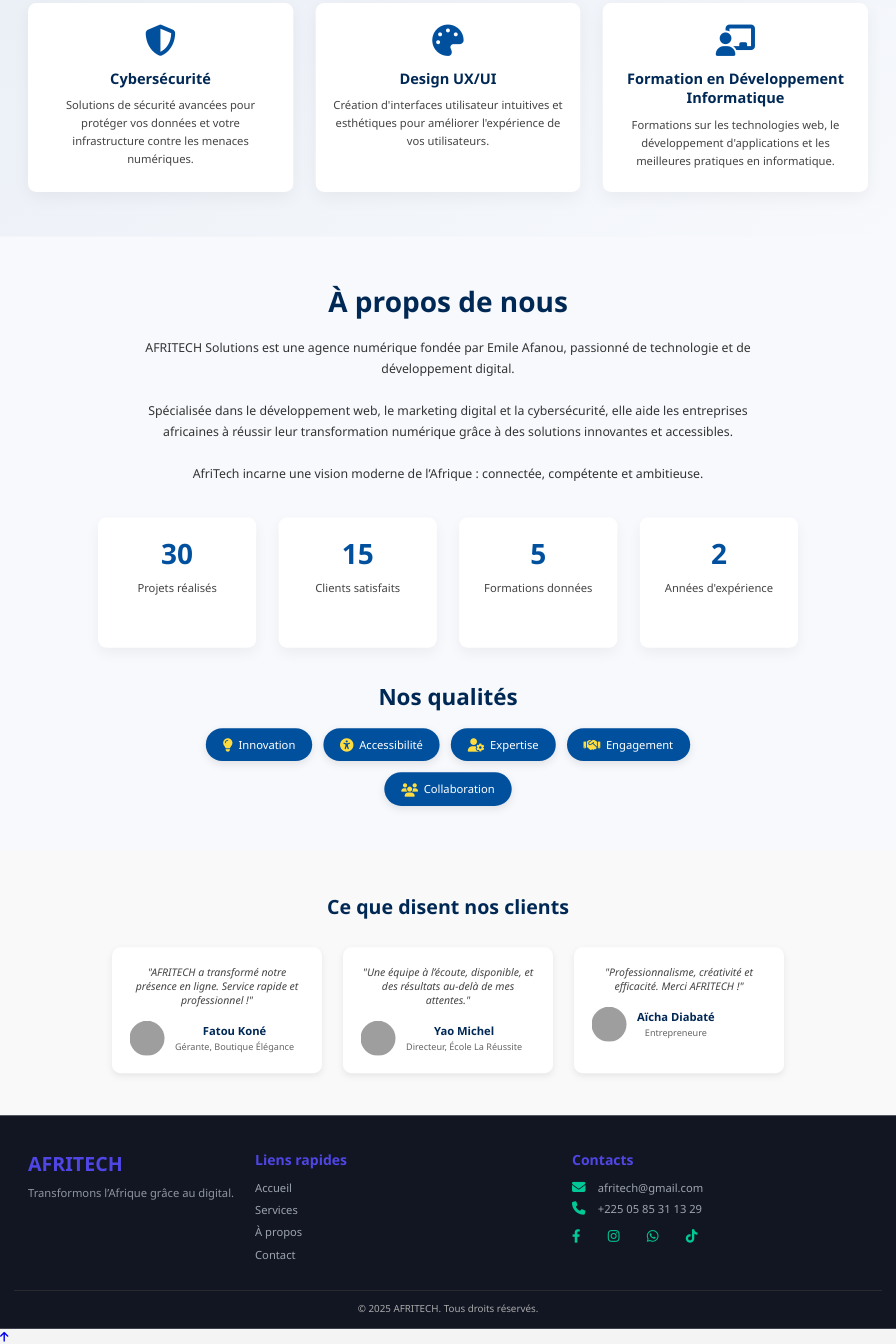
Repository: prestige225/AFRITECH
Page: index.html
The author's editor kept a copy of each file at every save. The page is drawn from the files as they stood at one save, then again after the next save.
The browser window is 1280 px wide. The pictures show the part of the page from y = 936 to 2856 px (the page is 2856 px tall before and 2834 px after), at 70% of full size.
Pictures or frames that could not be fetched are drawn as grey boxes.

Above is the page before, as saved 2025-07-26 00:42:06.
Console error: TypeError: Cannot read properties of null (reading 'addEventListener')

### index.html

<!DOCTYPE html>
<html lang="en">
<head>
    <meta charset="UTF-8">
    <meta name="viewport" content="width=device-width, initial-scale=1.0">
    <!-- Font Awesome CDN -->
<link rel="stylesheet" href="https://cdnjs.cloudflare.com/ajax/libs/font-awesome/6.4.0/css/all.min.css">
<link rel="stylesheet" href="https://cdnjs.cloudflare.com/ajax/libs/font-awesome/6.4.0/css/all.min.css">

    <link rel="stylesheet" href="style.css">

    <title>AFRITECH</title>
</head>
<body>
    <header>
        <div class="logo">
            <img src="image/logo.jpg" alt="AfanouTech Logo">
            <h1><span>AFRI</span>TECH</h1>
        </div>

         <!-- Bouton hamburger visible sur mobile -->
  <div class="menu-toggle" id="menu-toggle">
    <i class="fas fa-bars"></i>
  </div>


       <nav>
  <ul>
    <li><a href="index.html"><i class="fas fa-home"></i> Accueil</a></li>
    <li><a href="#services"><i class="fas fa-tools"></i> Services</a></li>
    <li><a href="#about"><i class="fas fa-info-circle"></i> À Propos</a></li>
    <li><a href="#contacts" id="openModalLink"><i class="fas fa-envelope"></i> Contact</a></li>

    <li><a href="#qualité"><i class="fas fa-project-diagram"></i> Nos Qualités</a></li>
  </ul>
</nav>

    </header>

<!-- hero -->
 <section class="hero">
    <div class="hero-content">
        <h1>Solutions numériques innovantes pour l'Afrique</h1>

        <p>Nous créons des expériences web exceptionnelles et des stratégies marketing digitales qui propulsent votre entreprise vers le succès.</p>
        <a href="#contacts" class="btn">Contactez-nous</a>
        <a href="#services" class="btn">Nos Services</a>

    </div>
    <div class="hero-image">
        <img src="image/emile.jpg" alt="Image d'accueil">
    </div>

    <div class="couleurpassante en design">

    </div>

 </section>


 <!-- SECTION SERVICES -->
  <section id="services" class="services-section">
            <h2>Nos Services</h2>
    <div class="services">

        <div class="service-item">
            <i class="fas fa-laptop-code"></i>
            <h3>Développement Web</h3>
            <p>Sites vitrines, e-commerce, applications web sur mesure adaptés à vos besoins spécifiques et optimisés pour tous les appareils.</p>
        </div>
        <div class="service-item">
            <i class="fas fa-mobile-alt"></i>
            <h3>Applications Mobiles</h3>
            <p>Développement d'applications mobiles natives et hybrides pour iOS et Android, offrant une expérience utilisateur exceptionnelle.</p>
        </div>
        <div class="service-item">
            <i class="fas fa-chart-line"></i>
            <h3>Marketing Digital</h3>
            <p>Stratégies de marketing digital personnalisées, SEO, publicité en ligne et gestion des réseaux sociaux pour augmenter votre visibilité.</p>
        </div>
        <div class="service-item">
            <i class="fas fa-shield-alt"></i>
            <h3>Cybersécurité</h3>
            <p>Solutions de sécurité avancées pour protéger vos données et votre infrastructure contre les menaces numériques.</p>
        </div>
        <div class="service-item">
            <i class="fas fa-palette"></i>
            <h3>Design UX/UI</h3>
            <p>Création d'interfaces utilisateur intuitives et esthétiques pour améliorer l'expérience de vos utilisateurs.</p>
        </div>

        <div class="service-item">
            <i class="fas fa-chalkboard-teacher"></i>
            <h3>Formation en Développement Informatique</h3>
            <p>Formations sur les technologies web, le développement d'applications et les meilleures pratiques en informatique.</p>
            </div>
    </div>
  </section>
<!-- SECTION apropos -->
<section id="about" class="about-section">
  <h2>À propos de nous</h2>
  <p>
    AFRITECH Solutions est une agence numérique fondée par Emile Afanou, passionné de technologie et de développement digital.<br><br>
    Spécialisée dans le développement web, le marketing digital et la cybersécurité, elle aide les entreprises africaines à réussir leur transformation numérique grâce à des solutions innovantes et accessibles.<br><br>
    AfriTech incarne une vision moderne de l’Afrique : connectée, compétente et ambitieuse.
  </p>

  <!-- COMPTEURS -->
  <div class="counters" id="qualité">
    <div class="counter-box">
      <span class="counter" data-target="30">0</span>
      <p>Projets réalisés</p>
    </div>
    <div class="counter-box">
      <span class="counter" data-target="15">0</span>
      <p>Clients satisfaits</p>
    </div>
    <div class="counter-box">
      <span class="counter" data-target="5">0</span>
      <p>Formations données</p>
    </div>
    <div class="counter-box">
      <span class="counter" data-target="2">0</span>
      <p>Années d'expérience</p>
    </div>
  </div>

  <!-- NOS QUALITÉS -->
  <div class="nos-qualites">
    <h3>Nos qualités</h3>
    <ul>
      <li><i class="fas fa-lightbulb"></i> Innovation</li>
      <li><i class="fas fa-universal-access"></i> Accessibilité</li>
      <li><i class="fas fa-user-cog"></i> Expertise</li>
      <li><i class="fas fa-handshake"></i> Engagement</li>
      <li><i class="fas fa-users"></i> Collaboration</li>
    </ul>
  </div>


  <!-- Bouton pour ouvrir la modale -->
<!-- <button id="openModalBtn" class="open-modal-btn">Contactez-nous</button> -->

<!-- Modale -->
<div id="contactModal" class="modal">
  <div class="modal-content">
    <span id="closeModalBtn" class="close-btn">&times;</span>
    <h2>Contactez-nous</h2>
    <form action="https://formspree.io/f/mabcxyz" method="POST">
      <input type="text" name="name" placeholder="Votre nom" required autocomplete="off" />
      <input type="email" name="email" placeholder="Votre email" required autocomplete="off" />
      <textarea name="message" rows="5" placeholder="Votre message" required></textarea>
      <button type="submit" class="btn">Envoyer</button>
    </form>
  </div>
</div>
</section>


<section id="temoignages" class="temoignages-section">
  <h2>Ce que disent nos clients</h2>
  <div class="temoignages-container">

    <div class="temoignage">
      <p class="message">"AFRITECH a transformé notre présence en ligne. Service rapide et professionnel !"</p>
      <div class="auteur">
        <img src="https://cdn-icons-png.flaticon.com/512/147/147144.png" alt="Avatar femme">
        <div>
          <h4>Fatou Koné</h4>
          <span>Gérante, Boutique Élégance</span>
        </div>
      </div>
    </div>

    <div class="temoignage">
      <p class="message">"Une équipe à l’écoute, disponible, et des résultats au-delà de mes attentes."</p>
      <div class="auteur">
        <img src="https://cdn-icons-png.flaticon.com/512/147/147142.png" alt="Avatar homme">
        <div>
          <h4>Yao Michel</h4>
          <span>Directeur, École La Réussite</span>
        </div>
      </div>
    </div>

    <div class="temoignage">
      <p class="message">"Professionnalisme, créativité et efficacité. Merci AFRITECH !"</p>
      <div class="auteur">
        <img src="https://cdn-icons-png.flaticon.com/512/147/147140.png" alt="Avatar femme">
        <div>
          <h4>Aïcha Diabaté</h4>
          <span>Entrepreneure</span>
        </div>
      </div>
    </div>

  </div>
</section>



<footer class="footer">
  <div class="footer-container">
    <div class="footer-brand">
      <h2>AFRITECH</h2>
      <p>Transformons l’Afrique grâce au digital.</p>
    </div>

    <div class="footer-links">
      <h4>Liens rapides</h4>
      <ul>
        <li><a href="#">Accueil</a></li>
        <li><a href="#services">Services</a></li>
        <li><a href="#about">À propos</a></li>
        <li><a href="#contacts">Contact</a></li>
      </ul>
    </div>

    <div class="footer-contact">
      <h4 id="contacts">Contacts</h4>
      <p><i class="fas fa-envelope"></i> afritech@gmail.com</p>
      <p><i class="fas fa-phone"></i> +225 05 85 31 13 29</p>
      <div class="social-icons">
        <a href="#" aria-label="Facebook"><i class="fab fa-facebook-f"></i></a>
        <a href="#" aria-label="Instagram"><i class="fab fa-instagram"></i></a>
        <a href="https://wa.me/2250585311329" target="_blank" aria-label="WhatsApp">
          <i class="fab fa-whatsapp"></i>
        </a>
        <a href="#" aria-label="TikTok"><i class="fab fa-tiktok"></i></a>
      </div>
    </div>
  </div>

  <div class="footer-bottom">
    <p>© 2025 AFRITECH. Tous droits réservés.</p>
  </div>
</footer>



    <script src="index.js"></script>

    <!-- Bouton flèche vers le haut -->
<a href="#" class="scroll-to-top" aria-label="Retour en haut">
  <i class="fas fa-arrow-up"></i>
</a>


    <!--  -->
</body>



</html>

### style.css

/* ========== RESET ========== */
* {
  margin: 0;
  padding: 0;
  box-sizing: border-box;
}

/* ========== GLOBAL ========== */
body {
  font-family: 'Segoe UI', sans-serif;
  background-color: #f4f4f4;
  color: #333;
}

/* ========== HEADER ========== */
header {
  background-color: #002855;
  color: white;
  padding: 1rem 2rem;
  display: flex;
  justify-content: space-between;
  align-items: center;
  flex-wrap: wrap;
  position: relative;
}

/* Logo */
.logo {
  display: flex;
  align-items: center;
  gap: 10px;
}

.logo img {
  width: 40px;
  height: 40px;
}

.logo h1 {
  font-size: 1.5rem;
  font-weight: bold;
}

.logo span {
  color: #ff8000;
}

/* Navigation */
nav ul {
  list-style: none;
  display: flex;
  gap: 1.5rem;
}

nav a {
  color: white;
  text-decoration: none;
  font-weight: 500;
  transition: 0.3s;
}

nav a:hover {
  color: #ff8000;
}

/* Hamburger button */
.menu-toggle {
  display: none;
  font-size: 1.8rem;
  color: white;
  cursor: pointer;
}

/* ========== RESPONSIVE ========== */
@media (max-width: 768px) {
  nav {
    width: 100%;
  }

  nav ul {
    flex-direction: column;
    background-color: #002855;
    position: absolute;
    top: 100%;
    left: 0;
    right: 0;
    display: none;
    padding: 1rem;
    z-index: 10;
  }

  nav ul.active {
    display: flex;
  }

  .menu-toggle {
    display: block;
  }
}
/* 🎯 SECTION HERO MODERNE */
.hero {
  display: flex;
  flex-wrap: wrap;
  align-items: center;
  justify-content: space-between;
  padding: 3rem 2rem;
  background: linear-gradient(to right, #002855, #00509e);
  color: white;
  position: relative;
  overflow: hidden;
}

/* Contenu texte */
.hero-content {
  flex: 1 1 50%;
  max-width: 600px;
  z-index: 1;
}

.hero-content h1 {
  font-size: 2.5rem;
  margin-bottom: 1rem;
}

.hero-content p {
  font-size: 1.1rem;
  margin-bottom: 2rem;
  line-height: 1.6;
}

/* Boutons */
.hero-content .btn {
  display: inline-block;
  background-color: #ff8000;
  color: white;
  padding: 0.8rem 1.5rem;
  margin-right: 1rem;
  border-radius: 5px;
  text-decoration: none;
  font-weight: bold;
  transition: background 0.3s ease;
}

.hero-content .btn:hover {
  background-color: #e67300;
}

/* Image d’accueil */
.hero-image {
  flex: 1 1 40%;
  text-align: center;
  z-index: 1;
}

.hero-image img {
  width: 100%;
  max-width: 400px;
  height: auto;
  border-radius: 15px;
}

/* Effet décoratif de fond (couleurpassante) */
.couleurpassante {
  position: absolute;
  top: -50px;
  right: -50px;
  width: 300px;
  height: 300px;
  background: radial-gradient(circle, #ffffff22, transparent 70%);
  border-radius: 50%;
  animation: flotter 10s infinite alternate;
  z-index: 0;
}

/* Animation douce */
@keyframes flotter {
  0% {
    transform: translateY(0) rotate(0deg);
  }
  100% {
    transform: translateY(20px) rotate(20deg);
  }
}

/* 📱 Responsive */
@media (max-width: 768px) {
  .hero {
    flex-direction: column;
    text-align: center;
  }

  .hero-content, .hero-image {
    flex: 1 1 100%;
    max-width: 100%;
  }

  .hero-content h1 {
    font-size: 2rem;
  }

  .hero-content p {
    font-size: 1rem;
  }

  .hero-content .btn {
    margin-bottom: 1rem;
  }
}


/* ========== SECTION SERVICES ========== */
.services-section {
  padding: 4rem 2rem;
  background: linear-gradient(to bottom right, #e6ecf5, #f7f9fc);
  text-align: center;
}

.services-section h2 {
  font-size: 2.5rem;
  margin-bottom: 3rem;
  color: #002855;
  font-weight: 700;
}

/* Container de toutes les cartes */
.services {
  display: grid;
  grid-template-columns: repeat(auto-fit, minmax(280px, 1fr));
  gap: 2rem;
  max-width: 1200px;
  margin: 0 auto;
}

/* Style individuel des services */
.service-item {
  background-color: #ffffff;
  border-radius: 12px;
  padding: 2rem 1.5rem;
  box-shadow: 0 8px 25px rgba(0, 0, 0, 0.05);
  transition: transform 0.3s ease, box-shadow 0.3s ease;
}

.service-item:hover {
  transform: translateY(-8px);
  box-shadow: 0 12px 30px rgba(0, 0, 0, 0.1);
}

/* Icône */
.service-item i {
  font-size: 2.8rem;
  color: #00509e;
  margin-bottom: 1rem;
}

/* Titre */
.service-item h3 {
  font-size: 1.3rem;
  margin-bottom: 0.8rem;
  color: #002855;
  font-weight: 600;
}

/* Paragraphe */
.service-item p {
  font-size: 1rem;
  line-height: 1.6;
  color: #444;
}


/* ===== SECTION À PROPOS ===== */
.about-section {
  padding: 4rem 2rem;
  text-align: center;
  background: #f7f9fc;
}

.about-section h2 {
  font-size: 2.5rem;
  color: #002855;
  margin-bottom: 1.5rem;
}

.about-section p {
  max-width: 900px;
  margin: 0 auto 3rem;
  font-size: 1.1rem;
  line-height: 1.8;
  color: #333;
}

/* ===== SECTION À PROPOS ===== */
.about-section {
  padding: 4rem 2rem;
  text-align: center;
  background: #f7f9fc;
  font-family: 'Segoe UI', Tahoma, Geneva, Verdana, sans-serif;
}

.about-section h2 {
  font-size: 2.5rem;
  color: #002855;
  margin-bottom: 1.5rem;
  font-weight: 700;
}

.about-section p {
  max-width: 900px;
  margin: 0 auto 3rem;
  font-size: 1.1rem;
  line-height: 1.7;
  color: #333;
}

.about-section {
  padding: 4rem 2rem;
  text-align: center;
  background: #f7f9fc;
  font-family: 'Segoe UI', Tahoma, Geneva, Verdana, sans-serif;
}

.about-section h2 {
  font-size: 2.5rem;
  color: #002855;
  margin-bottom: 1.5rem;
  font-weight: 700;
}

.about-section p {
  max-width: 900px;
  margin: 0 auto 3rem;
  font-size: 1.1rem;
  line-height: 1.7;
  color: #333;
}

/* Compteurs */
.counters {
  display: grid;
  grid-template-columns: repeat(auto-fit, minmax(160px, 1fr));
  gap: 2rem;
  max-width: 1000px;
  margin: 0 auto 3rem;
}

.counter-box {
  background: #fff;
  border-radius: 12px;
  padding: 1.5rem;
  box-shadow: 0 8px 20px rgba(0, 0, 0, 0.05);
  transition: transform 0.3s ease;
}

.counter-box:hover {
  transform: translateY(-5px);
}

.counter {
  font-size: 2.5rem;
  font-weight: 700;
  color: #00509e;
  display: block;
}

.counter-box p {
  margin-top: 0.5rem;
  font-size: 1rem;
  color: #444;
}

/* Nos qualités */
.nos-qualites {
  margin-top: 3rem;
  max-width: 800px;
  margin-left: auto;
  margin-right: auto;
  text-align: center;
}

.nos-qualites h3 {
  font-size: 2rem;
  color: #002855;
  margin-bottom: 1.5rem;
  font-weight: 700;
}

.nos-qualites ul {
  list-style: none;
  padding: 0;
  display: flex;
  flex-wrap: wrap;
  justify-content: center;
  gap: 1rem;
}

.nos-qualites li {
  background-color: #00509e;
  color: #fff;
  padding: 0.8rem 1.5rem;
  border-radius: 25px;
  font-size: 1rem;
  font-weight: 500;
  box-shadow: 0 4px 12px rgba(0, 0, 0, 0.1);
  display: flex;
  align-items: center;
  gap: 0.5rem;
  transition: background 0.3s ease;
}

.nos-qualites li:hover {
  background-color: #003f7f;
}

.nos-qualites li i {
  color: #ffdd40;
  font-size: 1.2rem;
}

/* Responsive */
@media (max-width: 768px) {
  .about-section h2 {
    font-size: 2rem;
  }

  .about-section p {
    font-size: 1rem;
    padding: 0 1rem;
  }

  .counter {
    font-size: 2rem;
  }

  .counter-box p {
    font-size: 0.95rem;
  }

  .nos-qualites li {
    font-size: 0.95rem;
    padding: 0.7rem 1.2rem;
  }
}

@media (max-width: 480px) {
  .counters {
    grid-template-columns: 1fr;
  }

  .nos-qualites ul {
    flex-direction: column;
    gap: 1rem;
  }

  .nos-qualites li {
    justify-content: center;
  }
}


/* Bouton pour ouvrir la modale */
.open-modal-btn {
  padding: 10px 20px;
  background-color: #00509e;
  color: white;
  border: none;
  border-radius: 25px;
  cursor: pointer;
  font-size: 1rem;
  margin: 2rem auto;
  display: block;
}

.open-modal-btn:hover {
  background-color: #003f7f;
}

/* Bouton ouvrir modale */
.open-modal-btn {
  padding: 10px 20px;
  background-color: #00509e;
  color: white;
  border: none;
  border-radius: 25px;
  cursor: pointer;
  font-size: 1rem;
  display: inline-block;
  margin: 1rem auto;
}

.open-modal-btn:hover {
  background-color: #003f7f;
}

/* Modale masquée par défaut */
.modal {
  display: none;
  position: fixed;
  z-index: 10000;
  top: 0; left: 0;
  width: 100vw;
  height: 100vh;
  background-color: rgba(0,0,0,0.7);
  justify-content: center;
  align-items: center;
  padding: 1rem;
}

/* Afficher modale */
.modal.show {
  display: flex;
}

/* Contenu modale */
.modal-content {
  background-color: #fff;
  border-radius: 10px;
  max-width: 500px;
  width: 100%;
  padding: 2rem;
  position: relative;
  box-shadow: 0 0 15px rgba(0,0,0,0.3);
  animation: fadeInScale 0.3s ease forwards;
}

@keyframes fadeInScale {
  from {opacity: 0; transform: scale(0.9);}
  to {opacity: 1; transform: scale(1);}
}

.modal-content h2 {
  color: #003f7f;
  margin-bottom: 1rem;
  text-align: center;
}

.modal-content form {
  display: flex;
  flex-direction: column;
  gap: 1rem;
}

input, textarea {
  padding: 1rem;
  font-size: 1rem;
  border-radius: 8px;
  border: 1px solid #ccc;
  outline: none;
  font-family: inherit;
  transition: border-color 0.3s ease;
}

input:focus, textarea:focus {
  border-color: #00509e;
}

button.btn {
  background-color: #00509e;
  color: white;
  padding: 0.9rem;
  font-weight: 600;
  border: none;
  border-radius: 25px;
  cursor: pointer;
  font-size: 1rem;
  transition: background-color 0.3s ease;
}

button.btn:hover {
  background-color: #003f7f;
}

/* Bouton fermer modale */
.close-btn {
  position: absolute;
  top: 15px;
  right: 15px;
  font-size: 1.8rem;
  color: #777;
  cursor: pointer;
  transition: color 0.3s ease;
}

.close-btn:hover {
  color: #000;
}

/* Responsive */
@media (max-width: 600px) {
  .modal-content {
    padding: 1.5rem;
  }
}

.footer {
  background: #121623;
  color: #d1d5db;
  padding: 3rem 1rem 1rem;
  font-family: 'Segoe UI', Tahoma, Geneva, Verdana, sans-serif;
}

.footer-container {
  max-width: 1100px;
  margin: 0 auto;
  display: flex;
  flex-wrap: wrap;
  gap: 3rem;
  justify-content: space-between;
}

.footer-brand h2 {
  font-size: 2rem;
  color: #4f46e5; /* violet doux */
  margin-bottom: 0.5rem;
  font-weight: 700;
}

.footer-brand p {
  font-size: 1rem;
  color: #9ca3af;
  max-width: 250px;
}

.footer-links,
.footer-contact {
  flex: 1 1 220px;
}

.footer-links h4,
.footer-contact h4 {
  font-size: 1.2rem;
  color: #e0e7ff;
  margin-bottom: 1rem;
  font-weight: 600;
}

.footer-links ul {
  list-style: none;
  padding: 0;
}

.footer-links ul li {
  margin-bottom: 0.7rem;
}

.footer-links ul li a {
  color: #9ca3af;
  text-decoration: none;
  transition: color 0.3s ease;
  font-weight: 500;
}

.footer-links ul li a:hover {
  color: #4f46e5;
}

.footer-contact p {
  display: flex;
  align-items: center;
  gap: 0.6rem;
  margin-bottom: 1rem;
  font-weight: 500;
  color: #9ca3af;
}

.footer-contact i {
  color: #4f46e5;
  font-size: 1.2rem;
}

.social-icons {
  display: flex;
  gap: 1rem;
  margin-top: 0.5rem;
}

.social-icons a {
  color: #9ca3af;
  font-size: 1.4rem;
  transition: color 0.3s ease;
}

.social-icons a:hover {
  color: #4f46e5;
}

/* === Footer Styling === */
/* FontAwesome nécessaire */
@import url('https://cdnjs.cloudflare.com/ajax/libs/font-awesome/5.15.4/css/all.min.css');

.footer {
  background: #121623;
  color: #fff;
  padding: 50px 20px 20px;
  font-family: 'Segoe UI', sans-serif;
}

.footer-container {
  display: flex;
  flex-wrap: wrap;
  justify-content: space-between;
  max-width: 1200px;
  margin: auto;
  gap: 30px;
}

.footer h2 {
  font-size: 28px;
  margin-bottom: 10px;
  color: #4f46e5;
}

.footer-brand p {
  max-width: 300px;
  font-size: 16px;
  line-height: 1.5;
  opacity: 0.9;
  color: #9ca3af;
}

.footer-links h4,
.footer-contact h4 {
  margin-bottom: 15px;
  color: #4f46e5;
  font-size: 20px;
}

.footer-links ul {
  list-style: none;
  padding: 0;
}

.footer-links ul li {
  margin-bottom: 10px;
}

.footer-links ul li a {
  color: #9ca3af;
  text-decoration: none;
  transition: color 0.3s ease;
}

.footer-links ul li a:hover {
  color: #00c896;

}

.footer-contact p {
  margin: 8px 0;
  font-size: 16px;
  color: #9ca3af;
}

.footer-contact i {
  margin-right: 8px;
  color: #00c896;
}

.social-icons {
  margin-top: 15px;
}

.social-icons a {
  color: #fff;
  margin-right: 15px;
  font-size: 20px;
  transition: transform 0.3s ease, color 0.3s;
   color: #4f46e5;
}

.social-icons a:hover {
  color: #00c896;
  transform: scale(1.2);
}

.footer-bottom {
  border-top: 1px solid #333;
  margin-top: 30px;
  text-align: center;
  padding-top: 15px;
  font-size: 14px;
  color: #aaa;
}

/* Responsive */
@media screen and (max-width: 768px) {
  .footer-container {
    flex-direction: column;
    align-items: flex-start;
  }

  .footer-brand,
  .footer-links,
  .footer-contact {
    width: 100%;
    margin-bottom: 30px;
  }

  .social-icons {
    display: flex;
    justify-content: flex-start;
    flex-wrap: wrap;
  }
}


html {
  scroll-behavior: smooth;
}


.temoignages-section {
  padding: 60px 20px;
  background-color: #f9f9f9;
  text-align: center;
}

.temoignages-section h2 {
  font-size: 28px;
  margin-bottom: 40px;
  color: #002855;
  font-weight: 700

}

.temoignages-container {
  display: flex;
  flex-wrap: wrap;
  justify-content: center;
  gap: 30px;
}

.temoignage {
  background: white;
  padding: 25px;
  max-width: 300px;
  border-radius: 12px;
  box-shadow: 0 4px 10px rgba(0,0,0,0.08);
  transition: transform 0.3s ease;
}

.temoignage:hover {
  transform: translateY(-5px);
}

.message {
  font-style: italic;
  font-size: 15px;
  color: #444;
  margin-bottom: 20px;
}

.auteur {
  display: flex;
  align-items: center;
  gap: 15px;
}

.auteur img {
  width: 50px;
  height: 50px;
  border-radius: 50%;
  object-fit: cover;
}

.auteur h4 {
  margin: 0;
  font-size: 16px;
  color: #002855;
}

.auteur span {
  font-size: 13px;
  color: #666;
}

@media (max-width: 768px) {
  .temoignages-container {
    flex-direction: column;
    align-items: center;
  }
}

/* Flèche retour en haut */

Loaded but not shown: index.js (79 lines, source omitted)

After the next save:
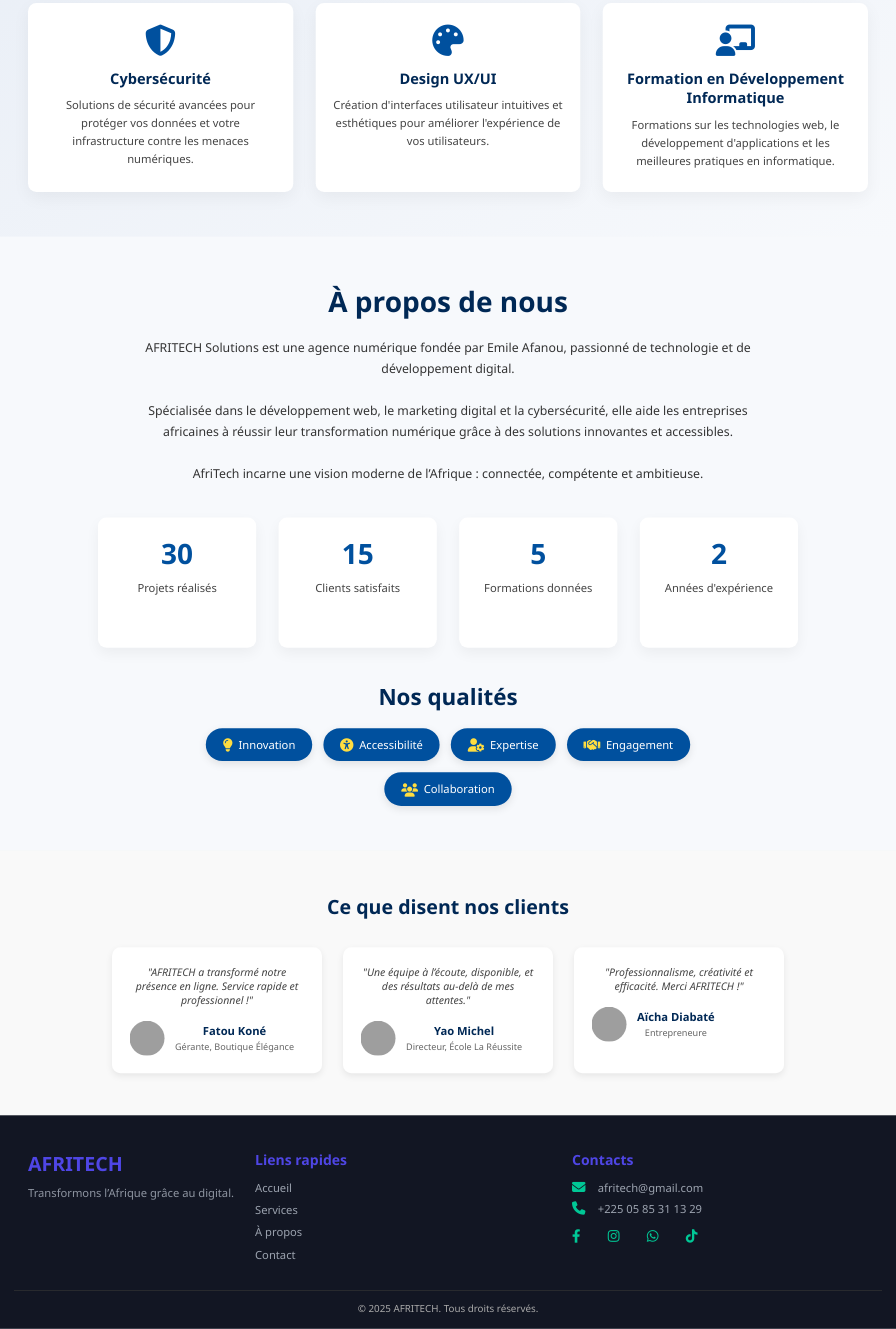
Saved 111 s later.
--- a/style.css
+++ b/style.css
@@ -882,3 +882,34 @@ html {
 }
 
 /* Flèche retour en haut */
+/* Flèche retour en haut */
+.scroll-to-top {
+  position: fixed;
+  bottom: 20px;
+  right: 20px;
+  background: linear-gradient(135deg, #004AAD, #00C2CB);
+  color: white;
+  border-radius: 50%;
+  padding: 14px;
+  font-size: 18px;
+  z-index: 999;
+  cursor: pointer;
+  box-shadow: 0 4px 15px rgba(0, 0, 0, 0.3);
+  opacity: 0;
+  visibility: hidden;
+  transform: translateY(20px);
+  transition: opacity 0.4s ease, transform 0.4s ease, background 0.3s ease;
+}
+
+/* Quand elle doit apparaître */
+.scroll-to-top.show {
+  opacity: 1;
+  visibility: visible;
+  transform: translateY(0);
+}
+
+/* Hover animé */
+.scroll-to-top:hover {
+  background: linear-gradient(135deg, #00C2CB, #004AAD);
+  transform: translateY(-5px) scale(1.1);
+}
